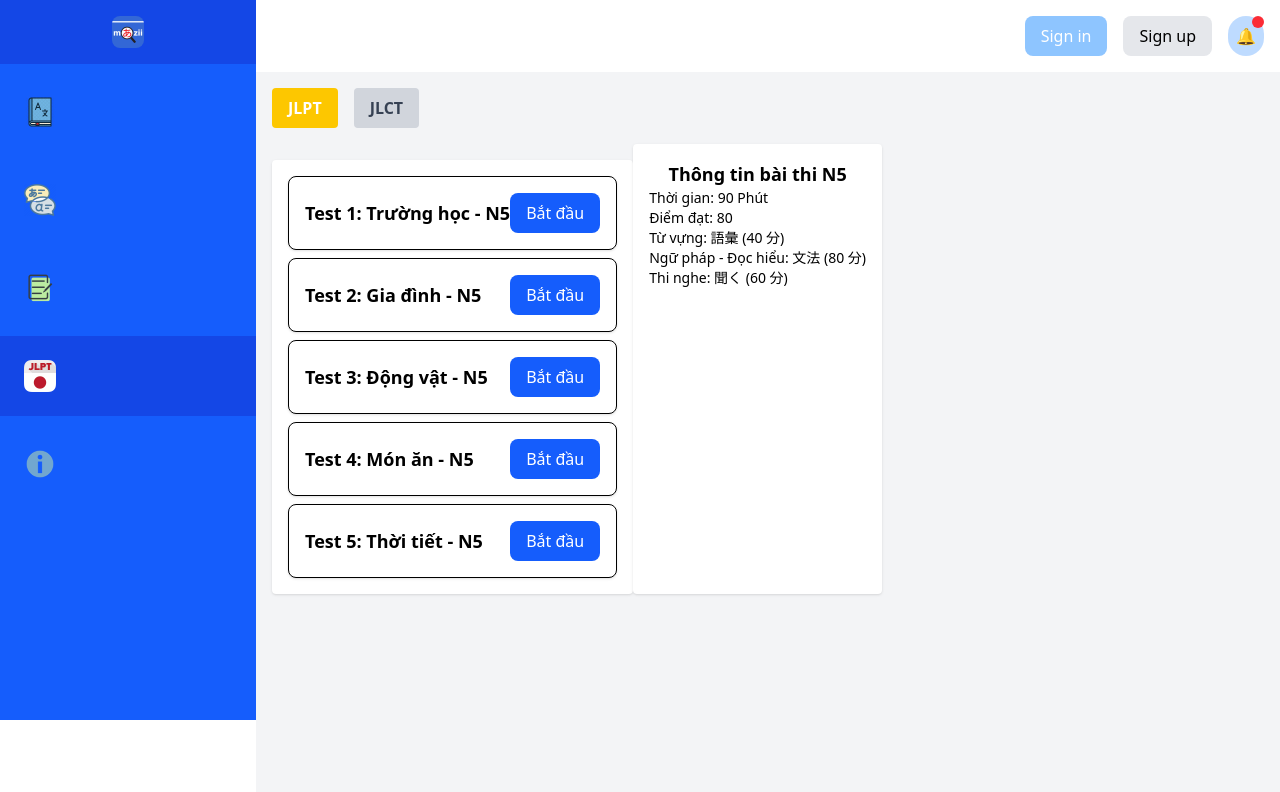
Repository: reminzuetto/JapaneseTranslationApp
Page: /jlpt
An editor plug-in stored every save of this project. The page is shown before and after the next save, followed by the edit.
The browser window is 1280 px wide. The pictures show the whole page.
The page's requests for data from a server got no answer. The project was rebuilt for these pictures with package versions that can differ from the ones it lists, and the page was loaded fresh each time. No one was signed in, and anything a server would have sent is missing. Also part of the build but not shown: vite.config.js, src/components/Header/NotificationItem.jsx, src/components/SeachBar/DropDownButton.jsx, src/components/SeachBar/SearchInput.jsx, src/components/SeachBar/SearchBar.jsx, src/pages/Home.jsx, src/Firebase.jsx, src/pages/SignInForm.jsx and 8 more.

Above is the page before, as saved 2025-03-19 08:23:25.

After the next save:
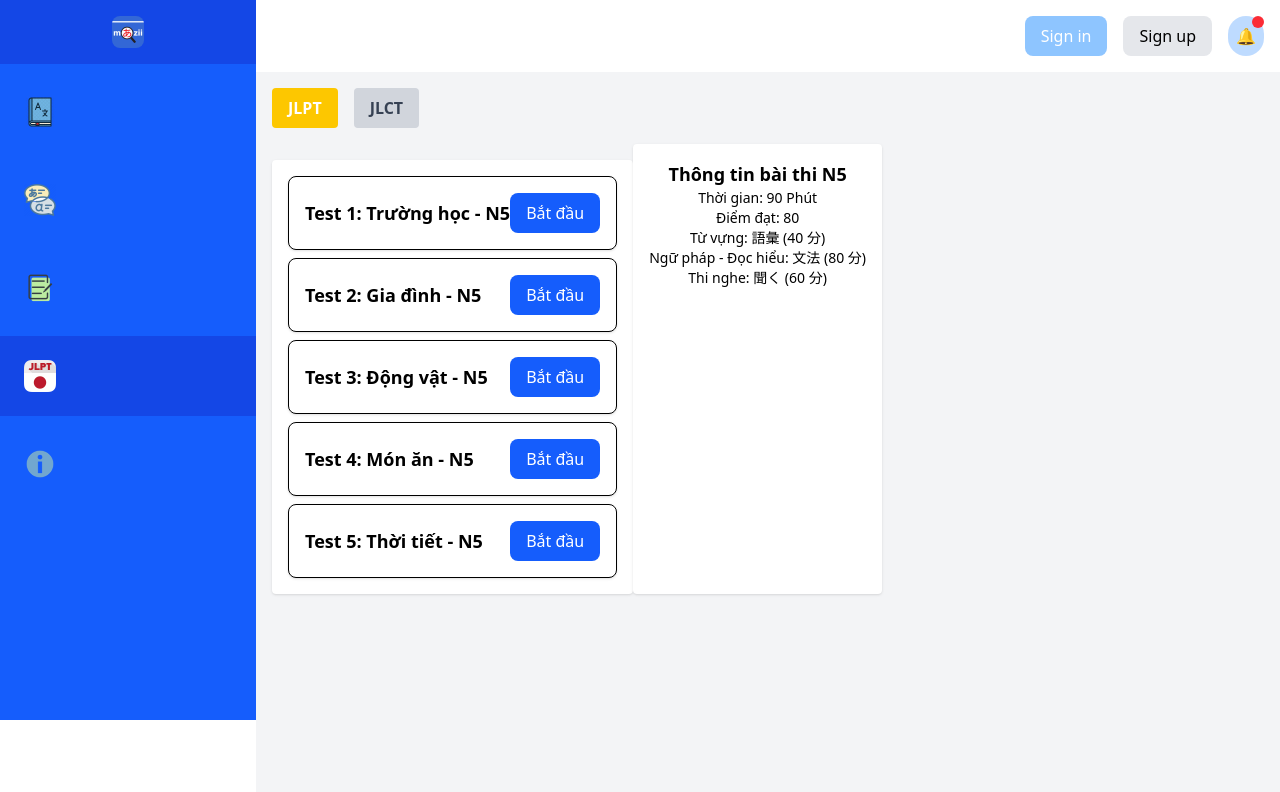
Saved 6 s later.
--- a/src/pages/JLPTPage.jsx
+++ b/src/pages/JLPTPage.jsx
@@ -40,7 +40,7 @@ const JLPTPage = () => {
         </div>
         <div className="flex flex-col justify-start items-center bg-white p-4 rounded shadow">
           <h2 className="text-lg font-bold">Thông tin bài thi N5</h2>
-          <div className="text-sm flex flex-col justify-center">
+          <div className="text-sm flex flex-col justify-center items-center">
             <p>Thời gian: 90 Phút</p>
             <p>Điểm đạt: 80</p>
             <p>Từ vựng: 語彙 (40 分)</p>
